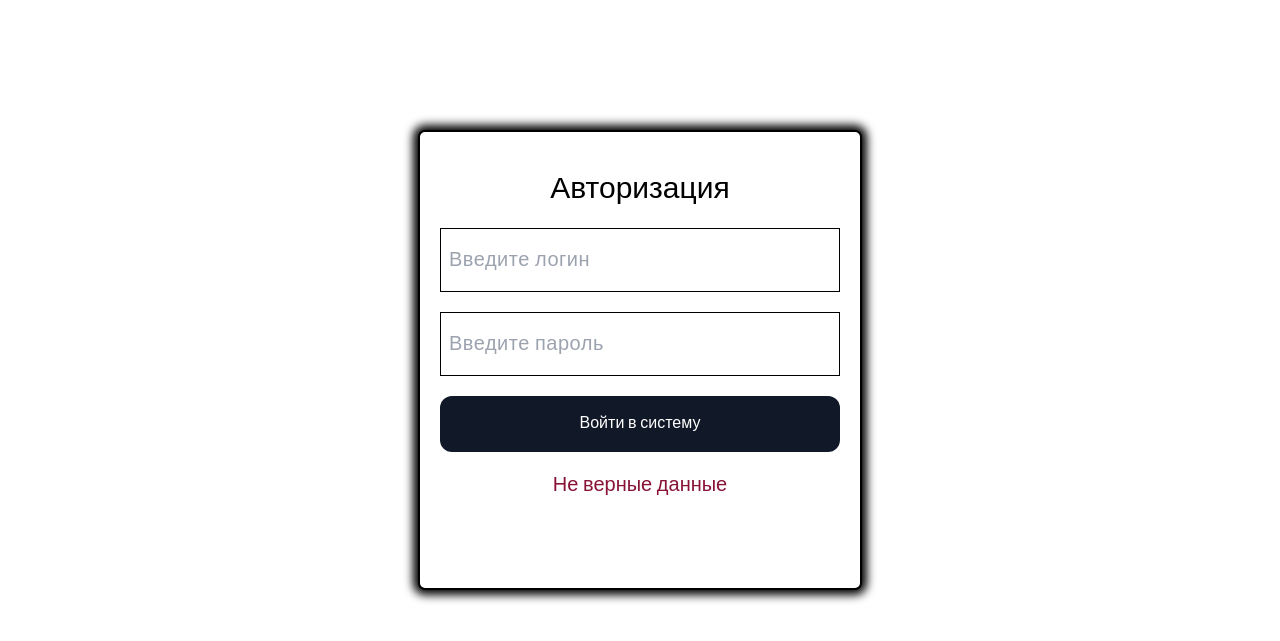
Repository: AlearvickOne/CartridgesApp
Page: /
An editor plug-in stored every save of this project. The page is shown before and after the next save, followed by the edit.
The browser window is 1280 px wide. The pictures show the whole page.
The page's requests for data from a server got no answer. The project was rebuilt for these pictures with package versions that can differ from the ones it lists, and the page was loaded fresh each time. The framework's server and built-in components were replaced by stand-ins that run in the browser. No one was signed in, and anything a server would have sent is missing. Also part of the build but not shown: next.config.mjs.

Above is the page before, as saved 2024-04-19 15:46:19.

### src/app/layout.tsx
import type { Metadata } from "next";
import { Catamaran } from "next/font/google";
import "./globals.scss";
import { AuthProvider } from "@/Providers/AuthProvider";
import { QueryProvider } from "@/Providers/QueryProvider";

const catamaran = Catamaran({ subsets: ["latin"], weight: ["100", "200", "400", "900"] });

export const metadata: Metadata = {
  title: "Cartridge App",
  description: "Application cartridge",
};

export default function RootLayout({
  children,
}: Readonly<{
  children: React.ReactNode;
}>) {
  return (
    <html lang="en">
      <body className={catamaran.className}>
        <QueryProvider>
          <AuthProvider>{children}</AuthProvider>
        </QueryProvider>
      </body>
    </html>
  );
}

### src/app/page.tsx
import { redirect } from "next/navigation";
import AuthorizationPage from "../components/AuthorizationPage";
import { auth, signIn } from "./api/auth/configs/auth";
import { FormEventHandler } from "react";
import { SignInError } from "@auth/core/errors";
import { AuthError } from "next-auth";
import { unknown } from "zod";

export default async function Home() {
  const session = await auth();

  const handleSubmit = async (
    login: FormDataEntryValue | null,
    password: FormDataEntryValue | null
  ) => {
    "use server";

    try {
      await signIn("credentials", {
        login: login,
        password: password,
        redirectTo: "/lobby",
      });
    } catch (error) {
      if (error instanceof AuthError) {
        switch (error.type) {
          case "CredentialsSignin":
            return "Invalid user";
          default:
            return "Not found error";
        }
      }
      throw error;
    }
  };

  return (
    <div>
      <AuthorizationPage handleSubmit={handleSubmit} />
    </div>
  );
}

### src/Providers/AuthProvider.tsx
"use client";

import { SessionProvider } from "next-auth/react";
import { PropsWithChildren } from "react";

export const AuthProvider = ({ children }: PropsWithChildren) => {
  return <SessionProvider>{children}</SessionProvider>;
};

### src/Providers/QueryProvider.tsx
"use client";

import { QueryClient, QueryClientProvider } from "@tanstack/react-query";
import { PropsWithChildren } from "react";

const queryClient = new QueryClient();

export function QueryProvider({ children }: PropsWithChildren) {
  return <QueryClientProvider client={queryClient}>{children}</QueryClientProvider>;
}

### src/components/AuthorizationPage.tsx
"use client";
import styles from "@/styles/home/Home.module.scss";
import { useSession } from "next-auth/react";
import Image from "next/image";
import { useRouter } from "next/navigation";
import { useEffect, useState } from "react";
import SyncIcon from "@mui/icons-material/Sync";

interface ISession {
  handleSubmit: (login: FormDataEntryValue | null, password: FormDataEntryValue | null) => void;
}

function AuthorizationPage({ handleSubmit }: ISession) {
  const [isClick, setIsClick] = useState<boolean>(false);

  const session = useSession();
  console.log(isClick);

  return (
    <main className={styles.authContainer}>
      <div className={styles.authForm_wrapper}>
        <h1 className="mb-5 text-center text-xl">Авторизация</h1>
        <form
          action={async (formData) => {
            const res = await handleSubmit(formData.get("login"), formData.get("password"));
            typeof res !== "undefined" ? setIsClick(false) : setIsClick(true);
          }}
          className={styles.authForm}
        >
          <input type="text" name="login" placeholder="Введите логин" />
          <input type="text" name="password" placeholder="Введите пароль" />
          <button type="submit" onClick={() => setIsClick(true)}>
            {isClick ? <SyncIcon className="animate-spin" /> : "Войти в систему"}
          </button>

          {isClick ? (
            <></>
          ) : (
            <p className="mt-5 text-center text-rose-900 text-xl">Не верные данные</p>
          )}
        </form>
      </div>
    </main>
  );
}

export default AuthorizationPage;

### src/app/api/auth/configs/auth.ts
import NextAuth from "next-auth";
import CredentialsProvider from "next-auth/providers/credentials";
import { UsersAuthStore } from "@/stores/usersStore";
import { IUsersAuth } from "@/types/auth.interface";
import { Provider } from "next-auth/providers";
import { signInSchema } from "../utils/zod";
import { ZodError } from "zod";

const providers: Provider[] = [
  CredentialsProvider({
    credentials: {
      login: { label: "text", type: "text" },
    },
    authorize: async (credentials) => {
      try {
        const { login, password } = await signInSchema.parseAsync(credentials);

        await UsersAuthStore.getAuthUsersActon();
        const user = UsersAuthStore.usersAuth.find((person) => {
          if (person?.login === login && person.password === password) return person;
        });

        if (!user) {
          throw Error("user not found");
        }

        return user as IUsersAuth;
      } catch (error) {
        if (error instanceof ZodError) return null;
        return null;
      }
    },
  }),
];

export const configAuth = {
  providers,
  // pages: { signIn: "/" },
  secret: process.env.AUTH_SECRET,
};

export const {
  auth,
  signIn,
  signOut,
  handlers: { GET, POST },
} = NextAuth(configAuth);

### src/styles/home/Home.module.scss
.authContainer {
  @apply flex justify-center items-center h-screen bg-white transition-all;

  .authForm_wrapper {
    @apply border-[2px] border-black rounded-[7px] py-10 px-5  bg-white  text-black  shadow-upmd shadow-black;

    > h1 {
      @apply text-black text-3xl;
    }

    .authForm {
      @apply flex flex-col min-w-[25rem] min-h-[20rem];

      > input {
        @apply mb-5 px-2 text-xl tracking-wide outline-gray-900 border-[1px] border-black bg-white text-black w-full h-16;
      }

      > button {
        @apply bg-gray-900 p-2 rounded-xl hover:text-violet-200 text-white h-14;
      }
    }
  }
}

### src/stores/usersStore.tsx
import { IUsersAuth } from "@/types/auth.interface";
import { RequiresClass } from "../services/requires.class";

import { observable, action, makeObservable } from "mobx";

class UsersStore {
  usersAuth: IUsersAuth[] = [];

  constructor() {
    makeObservable(this, {
      usersAuth: observable,
      getAuthUsersActon: action,
    });
  }

  getAuthUsersActon = async () => {
    try {
      const res = await RequiresClass.getUserAuthInfo();
      this.usersAuth = res.data;
    } catch (err) {
      console.warn(err);
    }
  };
}

export const UsersAuthStore = new UsersStore();

### src/app/api/auth/utils/zod.ts
import { object, string } from "zod";

export const signInSchema = object({
  login: string({ required_error: "login is required" })
    .min(1, "login is required")
    .max(20, "Длина логина должна составлять не более 20 символов"),
  password: string({ required_error: "Password is required" })
    .min(1, "Пароль должен быть больше")
    .max(20, "Пароль не должен быть больше 20 символов"),
});

### src/services/requires.class.ts
import { IUsersAuth } from "@/types/auth.interface";
import axios from "axios";

class Requires {
  private URL = "https://661e51d298427bbbef042f3e.mockapi.io/";

  async getUserAuthInfo() {
    return await axios.get<IUsersAuth[]>(`${this.URL}users`);
  }
}

export const RequiresClass = new Requires();

### tailwind.config.ts
import type { Config } from "tailwindcss";

const config: Config = {
  content: [
    "./src/pages/**/*.{js,ts,jsx,tsx,mdx}",
    "./src/components/**/*.{js,ts,jsx,tsx,mdx}",
    "./src/app/**/*.{js,ts,jsx,tsx,mdx}",
  ],
  theme: {
    extend: {
      boxShadow: {
        upmd: "0px 0px 10px 5px rgba(0, 0, 0, 0.3)",
      },
      backgroundImage: {
        "gradient-radial": "radial-gradient(var(--tw-gradient-stops))",
        "gradient-conic": "conic-gradient(from 180deg at 50% 50%, var(--tw-gradient-stops))",
      },
    },
  },
  plugins: [],
};
export default config;

Loaded but not shown: src/app/globals.scss (common file)

After the next save:
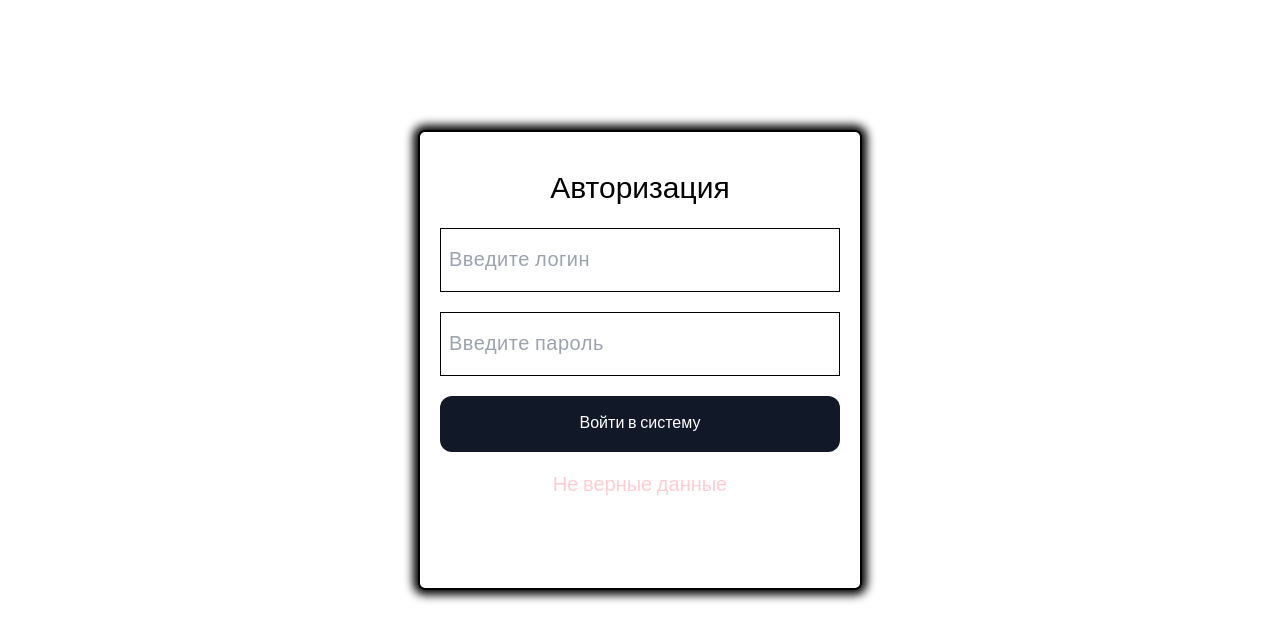
Saved 7 s later.
--- a/src/components/AuthorizationPage.tsx
+++ b/src/components/AuthorizationPage.tsx
@@ -36,7 +36,7 @@ function AuthorizationPage({ handleSubmit }: ISession) {
           {isClick ? (
             <></>
           ) : (
-            <p className="mt-5 text-center text-rose-900 text-xl">Не верные данные</p>
+            <p className="mt-5 text-center text-rose-200 text-xl">Не верные данные</p>
           )}
         </form>
       </div>
